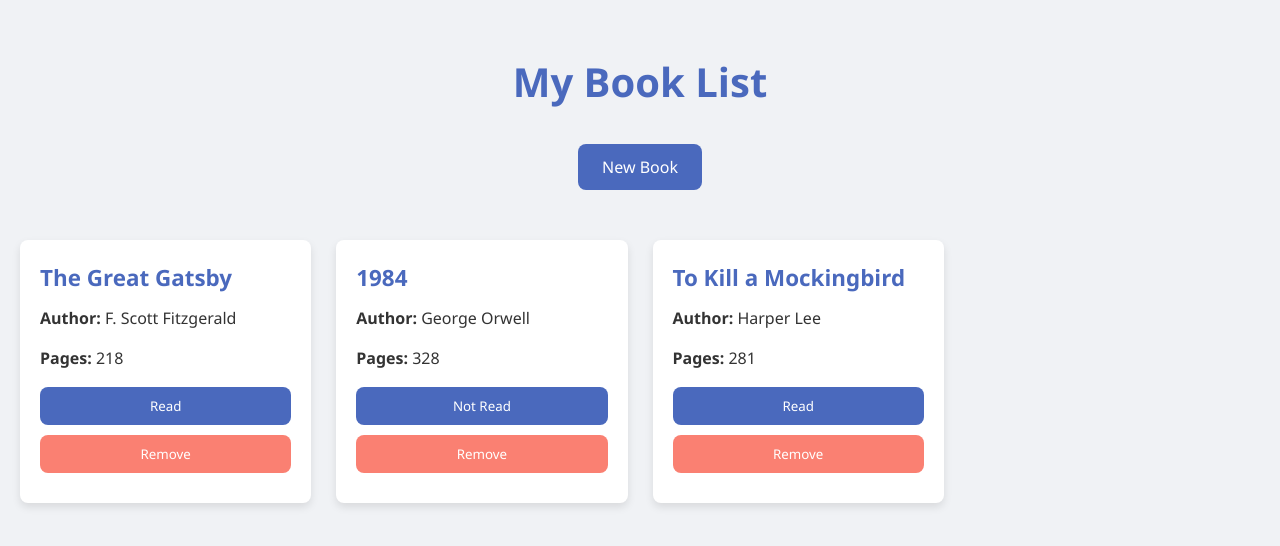
Repository: gkintu/odin-book-library
Page: index.html
The author's editor kept a copy of each file at every save. The page is drawn from the files as they stood at one save, then again after the next save.
The browser window is 1280 px wide. The pictures show the whole page.

Above is the page before, as saved 2025-03-11 15:21:09.

After the next save:
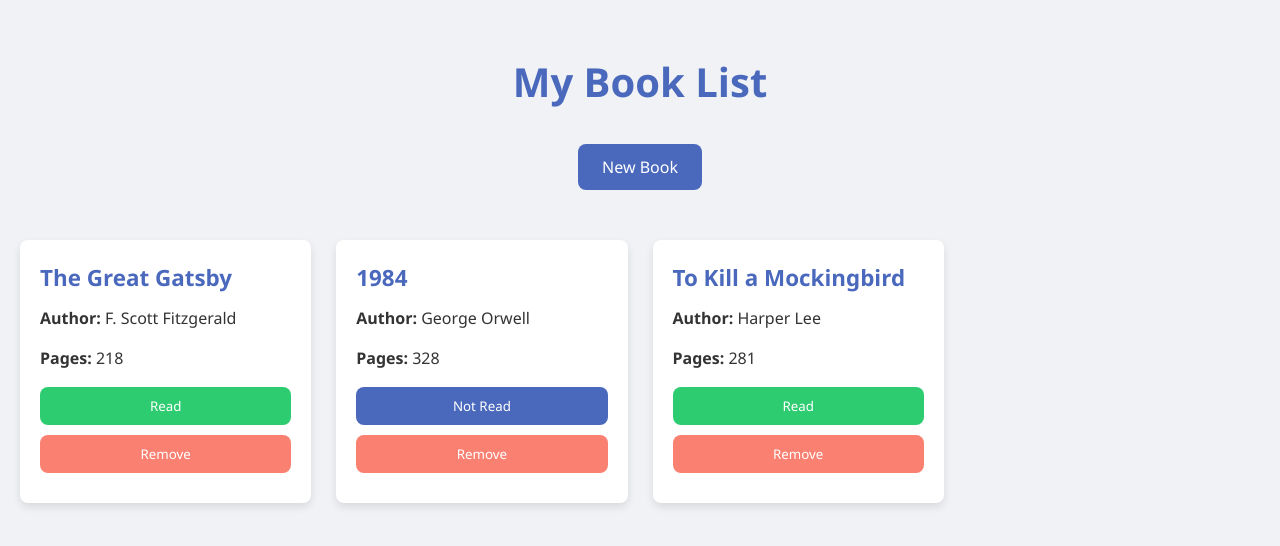
Saved 4 min 19 s later.
--- a/style.css
+++ b/style.css
@@ -68,6 +68,14 @@ h1 {
     flex-direction: column;
     transition: var(--transition);
 }
+
+.toggle-btn.read {
+    background-color: #2ecc71;
+  }
+
+  .toggle-btn.read:hover {
+    background-color: #27ae60;
+  }
 
 .book-card:hover {
 
